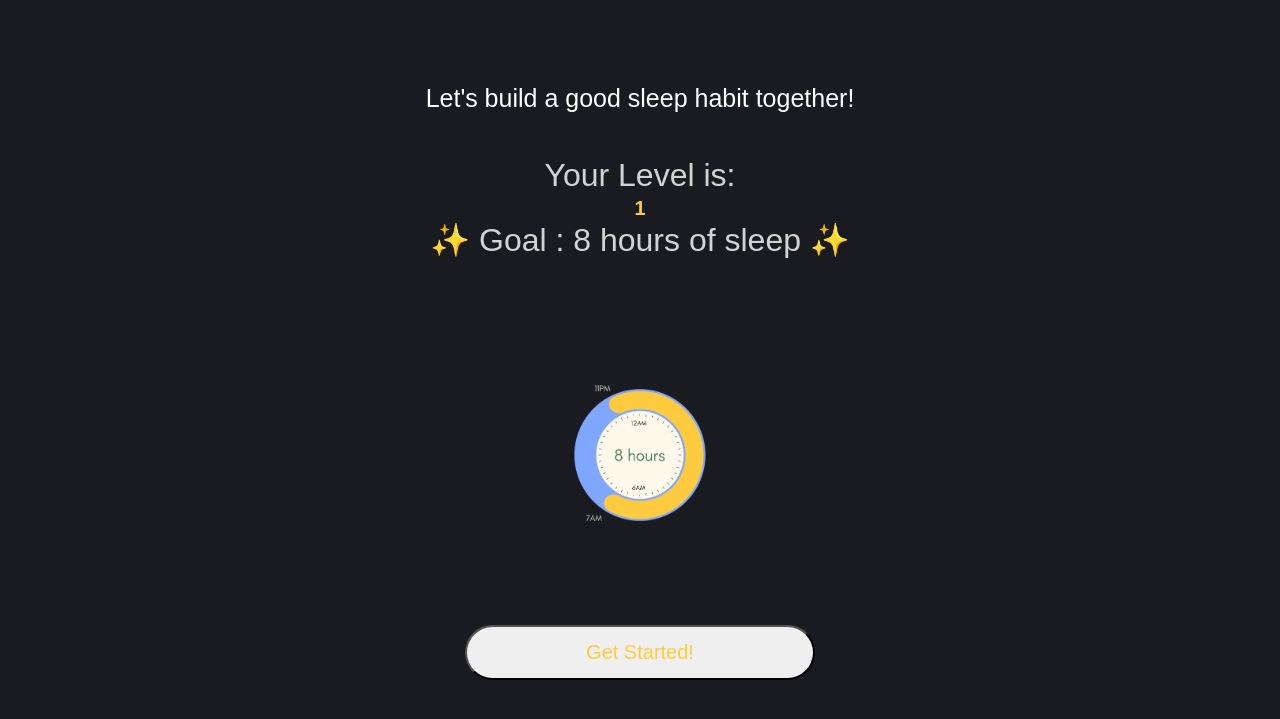
Repository: Crite-Spranberries/sleepixie_app
Page: /result
An editor plug-in stored every save of this project. The page is shown before and after the next save, followed by the edit.
The browser window is 1280 px wide. The pictures show the whole page.
Some web fonts or font styles are not loaded; a fallback is used. The project was rebuilt for these pictures with package versions that can differ from the ones it lists, and the page was loaded fresh each time. The framework's server and built-in components were replaced by stand-ins that run in the browser. Also part of the build but not shown: next.config.mjs.

Above is the page before, as saved 2025-05-12 14:44:02.

### app/layout.js
import "./globals.css";

export default function RootLayout({ children }) {
    return (
        <html lang="en">
            <body>{children}</body>
        </html>
    );
}

### app/result/page.js
"use client";

import { useState } from "react";
import { useRouter } from "next/navigation";
import Image from "next/image";
import YellowFilledButton from "@/ui/buttons/YellowFilledButton";
import styles from "./page.module.css";
import resultClock from "@/ui/images/result_clock.png";

export default function Result() {
    const router = useRouter();

    return (
        <main className={styles.container}>
            <div className={styles.textContainer}>
                <h1 className={styles.title}>
                    Let's build a good sleep habit together!
                </h1>
                <p className={styles.subtitle}>Your Level is:</p>
                <p className={styles.level}>1</p>
                <p className={styles.subtitle}>✨ Goal : 8 hours of sleep ✨</p>
            </div>
            <div className={styles.imageContainer}>
                <Image
                    src={resultClock}
                    alt="Result Clock"
                    width={200}
                    height={200}
                    priority
                    className={styles.resultClock}
                />
            </div>
            <div className={styles.buttonContainer}>
                <div className={styles.otherButtons}>
                    <span onClick={() => router.push("/home/home")}>
                        <YellowFilledButton label="Get Started!" />
                    </span>
                </div>
            </div>
        </main>
    );
}

### app/globals.css
@import url("https://fonts.googleapis.com/css2?family=Teachers:wght@400;500;600;700&display=swap");

:root {
    --font-teachers: "Teachers", sans-serif;
}

* {
    margin: 0;
    padding: 0;
    box-sizing: border-box;
}

html,
body {
    font-family: var(--font-teachers);
    font-size: 20px;
    font-style: normal;
    font-weight: 400;
    line-height: 1.5;
    background: var(--night-dark-background, #191b21);
    min-height: 100vh;
}

### ui/buttons/YellowFilledButton.js
import styles from "@/ui/buttons/YellowFilledButton.module.css";

const YellowFilledButton = ({ label }) => {
    return <button className={styles.buttonContainer}>{label}</button>;
};
export default YellowFilledButton;

### app/result/page.module.css
.imageContainer {
    display: flex;
    justify-content: center;
    align-items: center;
    margin-top: 4rem;
    margin-bottom: 2rem;
    width: 150px;
    height: 150px;
    margin-left: auto;
    margin-right: auto;
    position: relative;
}

.resultClock {
    width: 100%;
    height: 100%;
    object-fit: contain;
}

.level {
    color: #ffcb3e;
    font-weight: bold;
}

.container {
    display: flex;
    flex-direction: column;
    align-items: center;
    min-height: 100vh;
    padding: 2rem;
}

.textContainer {
    text-align: center;
    margin: 2rem 0;
}

.title {
    font-size: 25px;
    font-weight: 300;
    margin-bottom: 2rem;
    color: #fff;
}

.subtitle {
    font-size: 32px;
    color: #d3d3d3;
    line-height: 1.1;
}

.subtitle2 {
    font-size: 28px;
    color: #d3d3d3;
    line-height: 1.2;
}

.buttonContainer {
    display: flex;
    flex-direction: column;
    gap: 0.5rem;
    margin-top: auto;
}

.blueButtons {
    display: flex;
    flex-direction: column;
    gap: 0.5rem;
}

.otherButtons {
    display: flex;
    flex-direction: column;
    gap: 0.5rem;
    margin-top: 2rem;
}

### ui/buttons/YellowFilledButton.module.css
.buttonContainer {
    width: 350px;
    height: 55px;
    flex-shrink: 0;
    border-radius: 30px;
    background-color: ffcb3e;
    color: var(--Day---Primary-2, #ffcb3e);
    text-align: center;
    font-family: "Teachers", sans-serif;
    font-size: 20px;
    font-style: normal;
    font-weight: 400;
    line-height: normal;
}

After the next save:
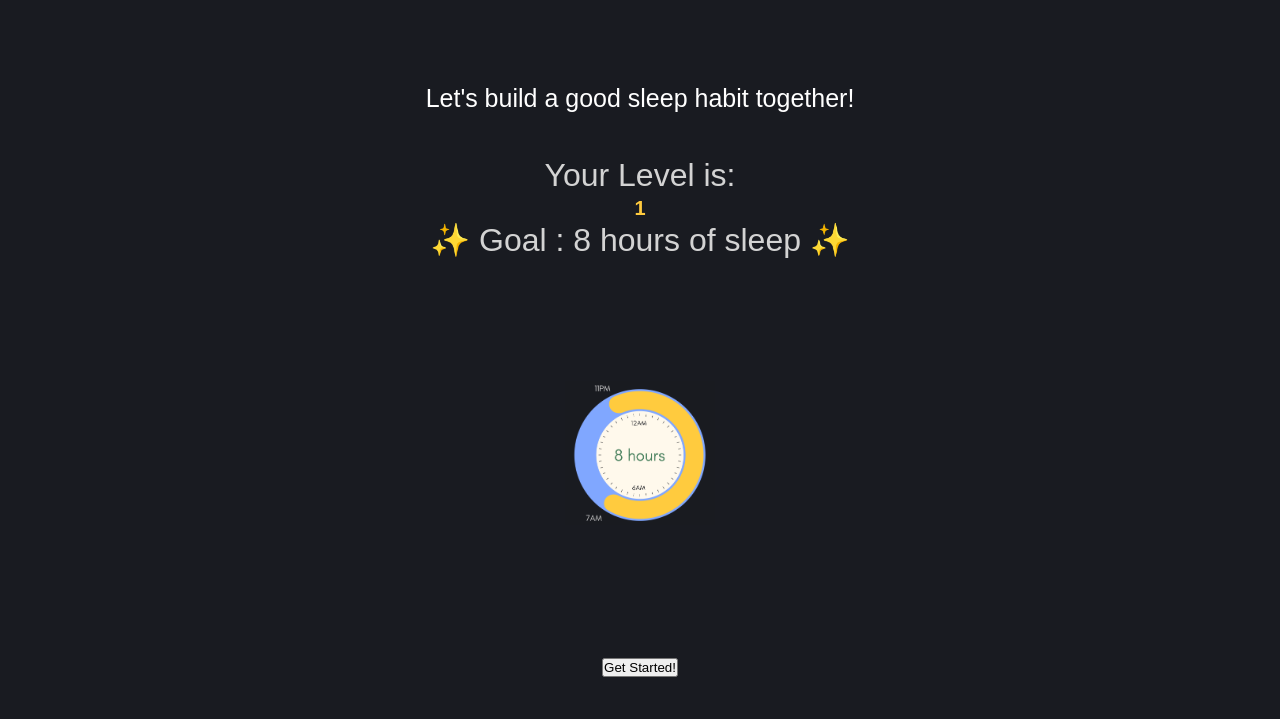
Saved 29 s later.
--- a/ui/buttons/YellowFilledButton.js
+++ b/ui/buttons/YellowFilledButton.js
@@ -1,6 +1,6 @@
 import styles from "@/ui/buttons/YellowFilledButton.module.css";
 
 const YellowFilledButton = ({ label }) => {
-    return <button className={styles.buttonContainer}>{label}</button>;
+    return <button className={styles.filledButtonContainer}>{label}</button>;
 };
 export default YellowFilledButton;
